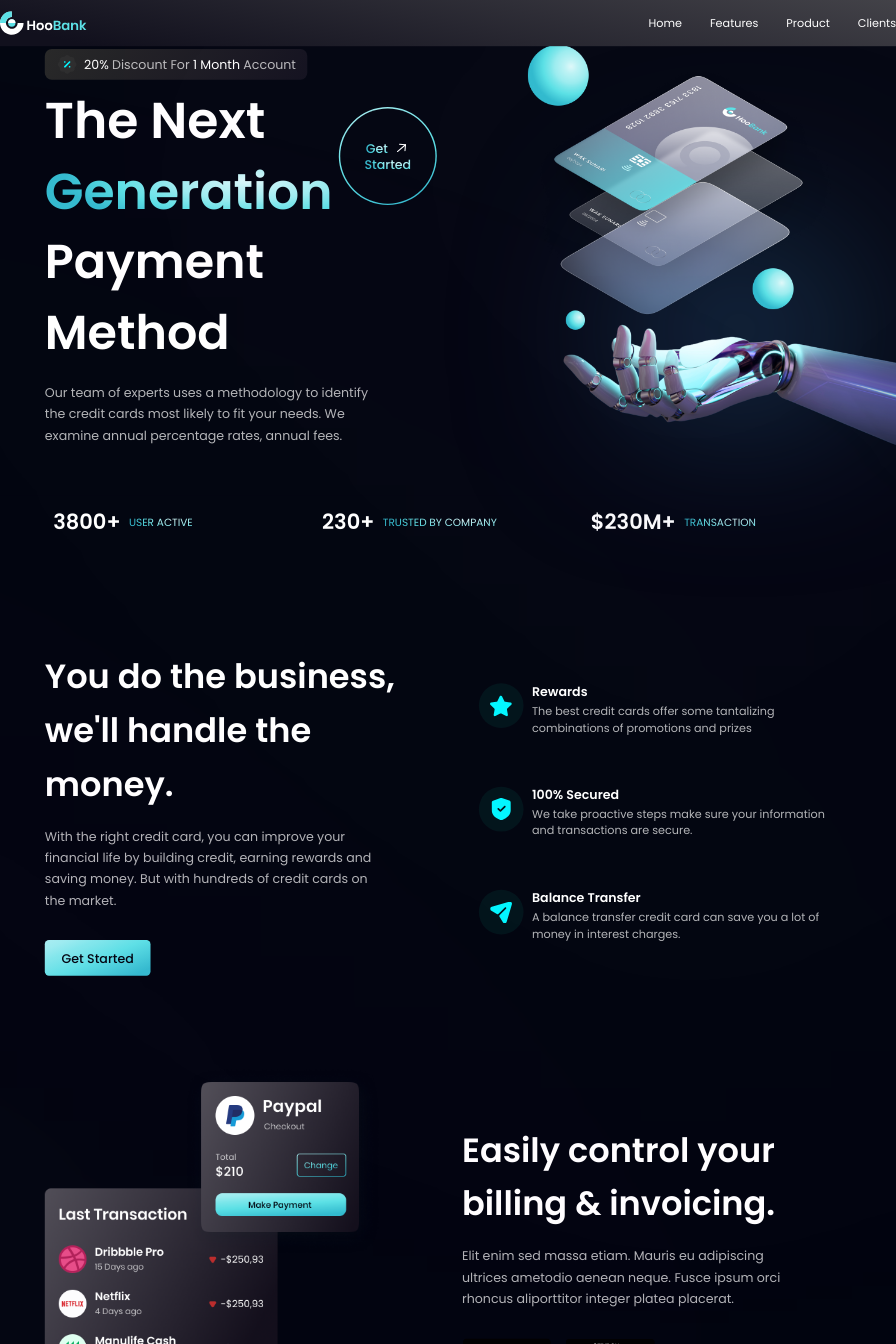
Repository: Carlito-Pedida/modern-app
Page: /
An editor plug-in stored every save of this project. The page is shown before and after the next save, followed by the edit.
The browser window is 1280 px wide. The pictures show the part of the page from y = 0 to 1920 px (the page is 4402 px tall), at 70% of full size.
The project was rebuilt for these pictures with package versions that can differ from the ones it lists, and the page was loaded fresh each time. Also part of the build but not shown: vite.config.js.

Above is the page before, as saved 2024-11-16 12:42:15.

After the next save:
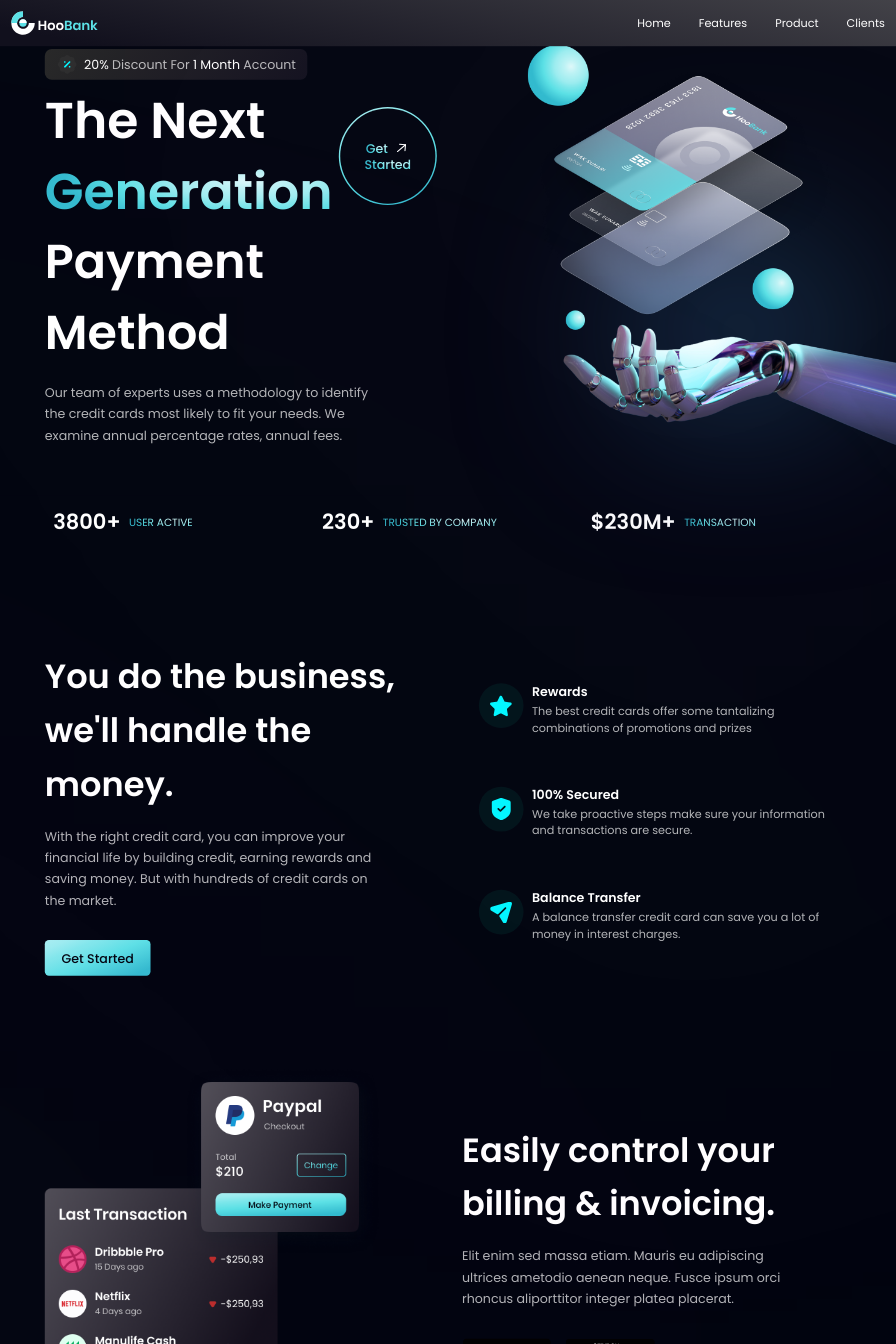
Saved 52 s later.
--- a/src/components/Navbar.jsx
+++ b/src/components/Navbar.jsx
@@ -7,7 +7,7 @@
 const [toggle, setToggle] = useState(false)
 
   return (
-    <nav className="w-full flex py-4 justify-between items-center navbar">
+    <nav className="w-full flex py-4 px-4 justify-between items-center navbar">
       <img src={logo} alt='hoobank' className='w-[124px] h-[32px ]' />
 
       <ul className='list-none sm:flex hidden justify-end items-center flex-1'>
